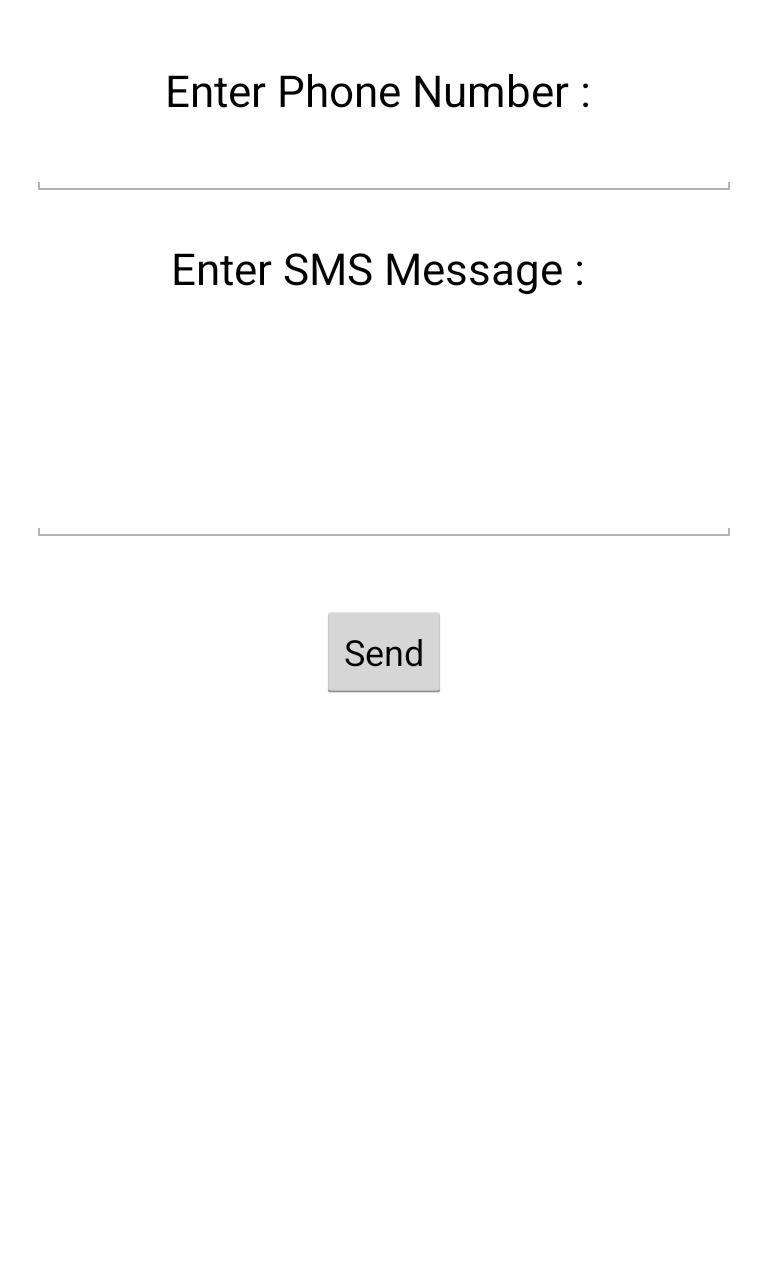
Repository: maya-alba/BasicInterface
Layout: SendSMS/res/layout/send_layout.xml
The author's editor kept a copy of each file at every save. The layout is drawn from the files as they stood at one save, then again after the next save.
It is drawn on a 768 x 1280 px phone screen (xhdpi) without system bars, with theme AppTheme; the app's code is not run.

Above is the layout before, as saved 2014-03-23 03:55:01.

### SendSMS/res/layout/send_layout.xml
<?xml version="1.0" encoding="utf-8"?>
<LinearLayout xmlns:android="http://schemas.android.com/apk/res/android"
    android:id="@+id/linearLayout1"
    android:layout_width="fill_parent"
    android:layout_height="fill_parent"
    android:orientation="vertical" >

    <TextView
        android:id="@+id/textViewPhoneNo"
        android:layout_width="wrap_content"
        android:layout_height="wrap_content"
        android:layout_gravity="center_horizontal"
        android:layout_marginTop="30dp"
        android:text="Enter Phone Number : "
        android:textAppearance="?android:attr/textAppearanceLarge" />

    <EditText
        android:id="@+id/editTextPhoneNo"
        android:layout_width="fill_parent"
        android:layout_height="wrap_content"
        android:layout_gravity="center_horizontal"
        android:layout_marginLeft="15dp"
        android:layout_marginRight="15dp"
        android:phoneNumber="true" >
    </EditText>

    <TextView
        android:id="@+id/textViewSMS"
        android:layout_width="wrap_content"
        android:layout_height="wrap_content"
        android:layout_gravity="center_horizontal"
        android:layout_marginTop="20dp"
        android:text="Enter SMS Message : "
        android:textAppearance="?android:attr/textAppearanceLarge" />

    <EditText
        android:id="@+id/editTextSMS"
        android:layout_width="fill_parent"
        android:layout_height="wrap_content"
        android:layout_gravity="center_horizontal"
        android:layout_marginLeft="15dp"
        android:layout_marginRight="15dp"
        android:inputType="textMultiLine"
        android:lines="5"
        android:gravity="top" />

    <Button
        android:id="@+id/buttonSend"
        android:layout_width="wrap_content"
        android:layout_height="wrap_content"
        android:layout_gravity="center_horizontal"
        android:layout_marginTop="30dp"
        android:text="Send" />

</LinearLayout>

Loaded but not shown: SendSMS/res/values/styles.xml (common file); SendSMS/res/values-v11/styles.xml (common file); SendSMS/res/values-v14/styles.xml (common file)

After the next save:
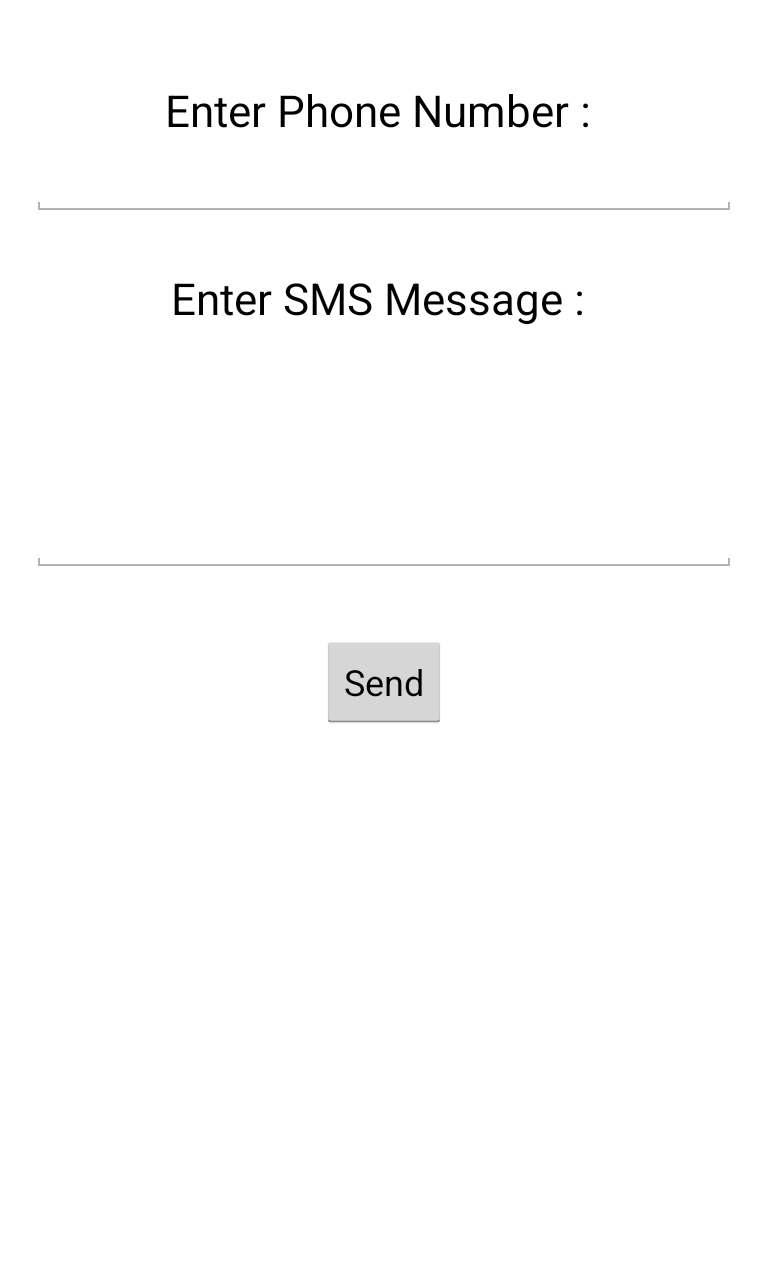
Saved 19 s later.
--- a/SendSMS/res/layout/send_layout.xml
+++ b/SendSMS/res/layout/send_layout.xml
@@ -10,7 +10,7 @@
         android:layout_width="wrap_content"
         android:layout_height="wrap_content"
         android:layout_gravity="center_horizontal"
-        android:layout_marginTop="30dp"
+        android:layout_marginTop="40dp"
         android:text="Enter Phone Number : "
         android:textAppearance="?android:attr/textAppearanceLarge" />
 
@@ -29,7 +29,7 @@
         android:layout_width="wrap_content"
         android:layout_height="wrap_content"
         android:layout_gravity="center_horizontal"
-        android:layout_marginTop="20dp"
+        android:layout_marginTop="25dp"
         android:text="Enter SMS Message : "
         android:textAppearance="?android:attr/textAppearanceLarge" />
 
